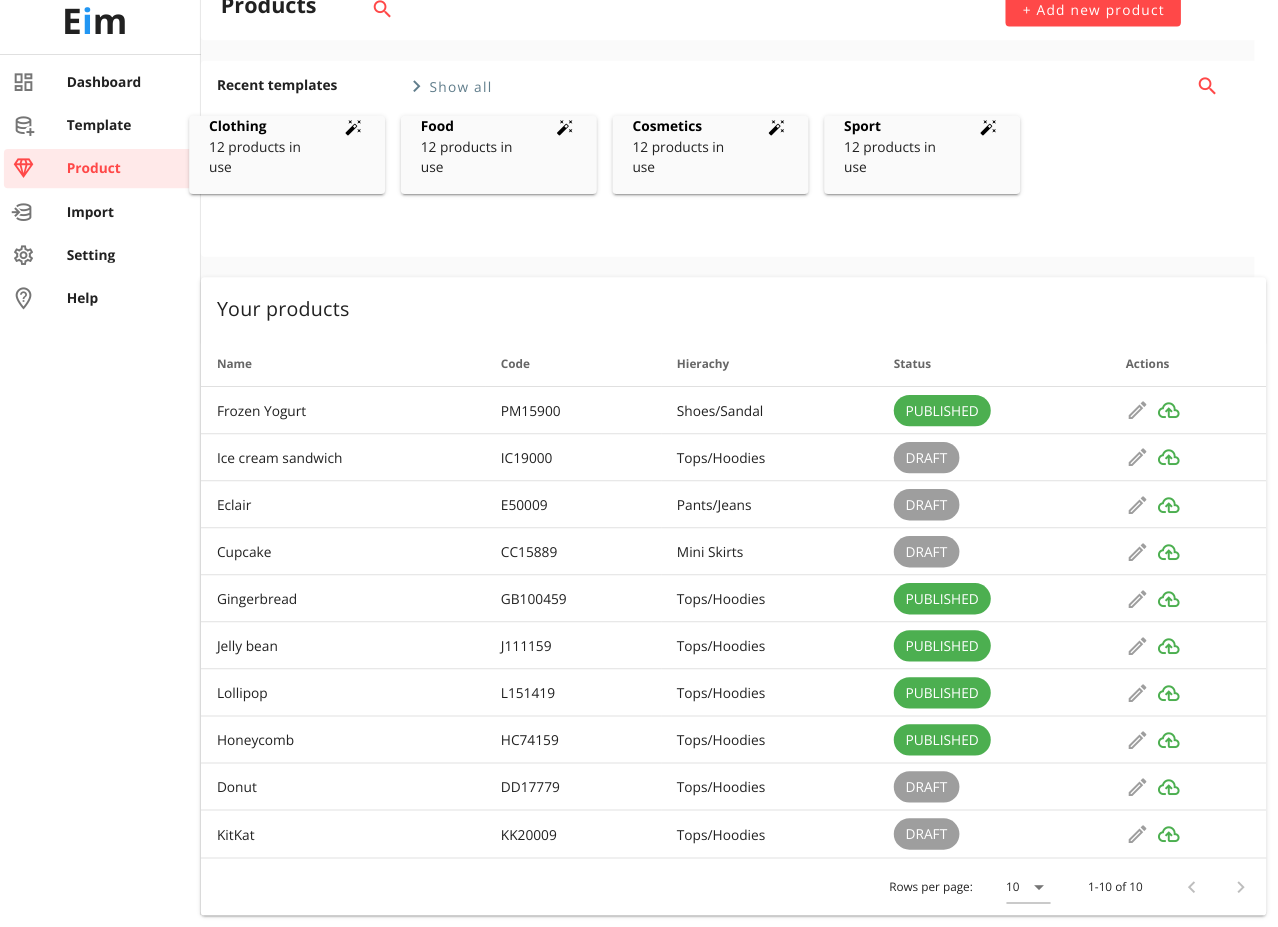
Repository: nguyenphuong152/pim-template
Page: /product
These files come from the project's save history. The page is drawn as it stood at one moment and after the next save; the edit follows.
The browser window is 1280 px wide. The page is 1304 px wide, so the pictures cover 1304 px, including what lies to the right of the window. The pictures show the whole page, at 98% of full size.
The project was rebuilt for these pictures with package versions that can differ from the ones it lists, and the page was loaded fresh each time. Also part of the build but not shown: vue.config.js, src/views/Home.vue, src/components/Outcome_1/SearchTemplate.vue, src/components/Outcome_1/YourTemplate.vue, src/components/Outcome_1/ListComponent.vue, src/components/Outcome_1/AddInfo.vue, src/components/Outcome_1/AddDetail.vue, src/components/Outcome_1/ListComponentProgressive.vue and 18 more.

Above is the page before, as saved 2021-01-19 09:28:59.

After the next save:
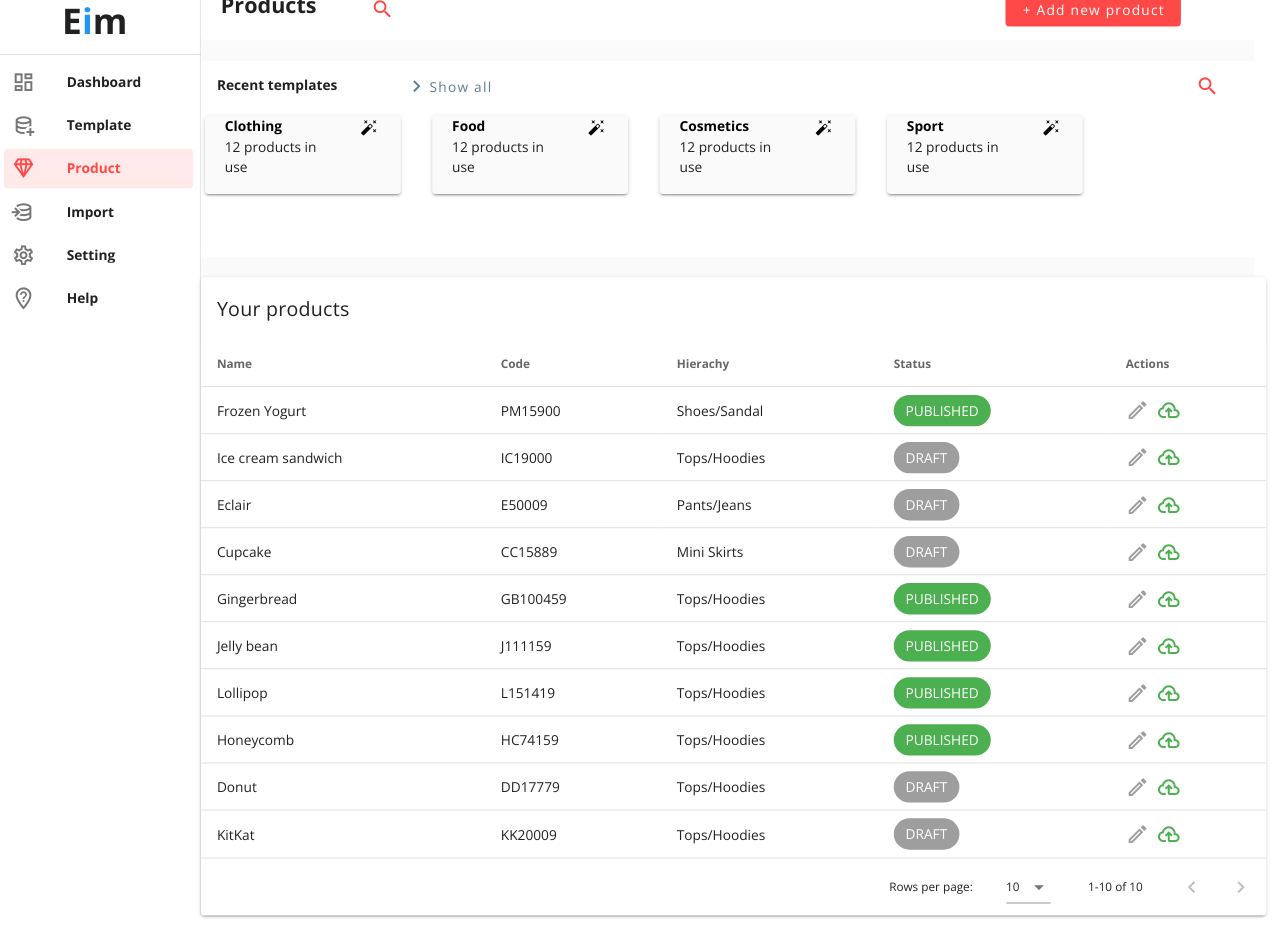
Saved 9 s later.
--- a/src/components/Outcome_2/RecentTemplate.vue
+++ b/src/components/Outcome_2/RecentTemplate.vue
@@ -60,7 +60,7 @@
     </v-row>
     <v-row>
       <v-card
-        class="d-flex flex-wrap mr-4"
+        class="d-flex flex-wrap mr-4 ml-4"
         v-for="(item, i) in items"
         :key="i"
         color="#fafafa"
